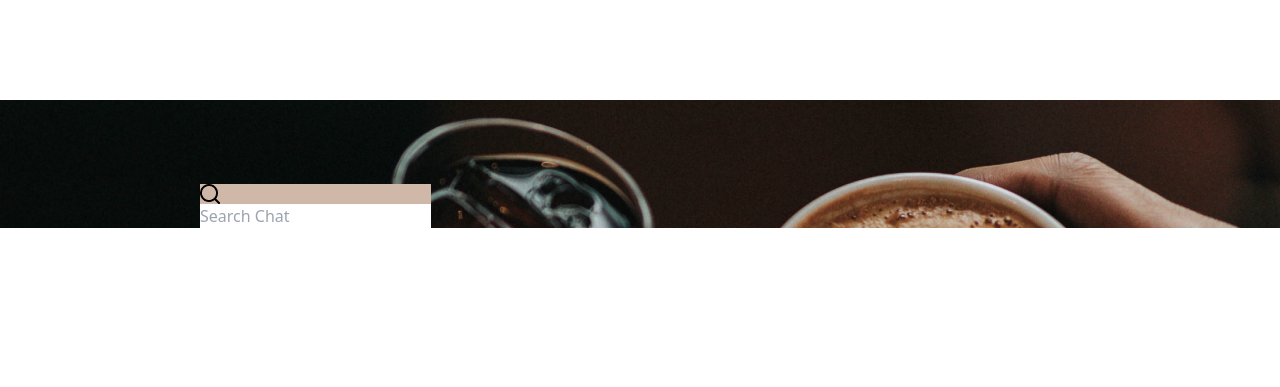
Repository: boykebn/fw12-collab2-FRONTEND
Page: /chat (app in our/)
The author's editor kept a copy of each file at every save. The page is drawn from the files as they stood at one save, then again after the next save.
The browser window is 1280 px wide. The pictures show the whole page.
The project was rebuilt for these pictures with package versions that can differ from the ones it lists, and the page was loaded fresh each time. The framework's server and built-in components were replaced by stand-ins that run in the browser. Also part of the build but not shown: our/next.config.js.

Above is the page before, as saved 2022-12-31 23:30:55.

### our/pages/_app.js
import "../styles/globals.css";
import { Provider } from "react-redux";
import { store } from "../redux/store";

export default function App({ Component, pageProps }) {
  return (
    <Provider store={store}>
      <Component {...pageProps} />
    </Provider>
  );
}

### our/pages/chat.js
import React from "react";
import Image from "next/image";
import search from "../assets/search.png";

const Chat = () => {
  return (
    <div className="pt-[100px]">
      <div className="bg-[url('../assets/background-home.png')]">
        <div className="pt-[84px] px-[200px] flex">
          <div className="border-1 bg-[#d0b8a8] ">
            <div>
              <Image src={search} alt="search" />
              <input placeholder="Search Chat" className="" />
            </div>
          </div>
          <div></div>
        </div>
      </div>
    </div>
  );
};

export default Chat;

### our/styles/globals.css
@tailwind base;
@tailwind components;
@tailwind utilities;

@import url("https://fonts.googleapis.com/css2?family=Rubik&display=swap");
.btn {
  text-transform: none;
  width: 100%;
}
.input {
  width: 100%;
}

@media (min-width: 768px) {
  .bg-forgot-password {
    background-image: url("../images/forgotPasswordBg.png");
  }
}

### our/redux/store.js
import { configureStore } from '@reduxjs/toolkit';
import thunk from 'redux-thunk'
import reducer from './reducers';
import {persistStore} from 'redux-persist'

const store = configureStore({
    reducer,
    middleware: [thunk]
})

const persistor = persistStore(store)

export {store, persistor}

### our/redux/reducers/index.js
import {combineReducers} from '@reduxjs/toolkit';
import {persistReducer} from 'redux-persist'
import storage from 'redux-persist/lib/storage'
import auth from './auth'

const authConfig = {
    key: 'auth',
    storage
}

const reducer = combineReducers({
    auth: persistReducer(authConfig, auth),
})

export default reducer

### our/redux/reducers/auth.js
import {createSlice} from '@reduxjs/toolkit'

const initialState = {
    token: null
}

const authReducer = createSlice({
    name: 'auth',
    initialState,
    reducers: {
        logout: (state, action) => {
            return initialState
        }
    },
    extraReducers: (build) => {
    }
})

export const { logout } = authReducer.actions

export default authReducer.reducer

### our/tailwind.config.js
/** @type {import('tailwindcss').Config} */
module.exports = {
  content: [
    "./pages/**/*.{js,ts,jsx,tsx}",
    "./components/**/*.{js,ts,jsx,tsx}",
  ],
  theme: {
    extend: {
      fontFamily: {
        rubik: ["Rubik", "sans-serif"],
      },
      backgroundImage: {
        order_bg: "url('../images/bg-1.png')",
      },
    },
  },
  plugins: [require("daisyui")],
};

After the next save:
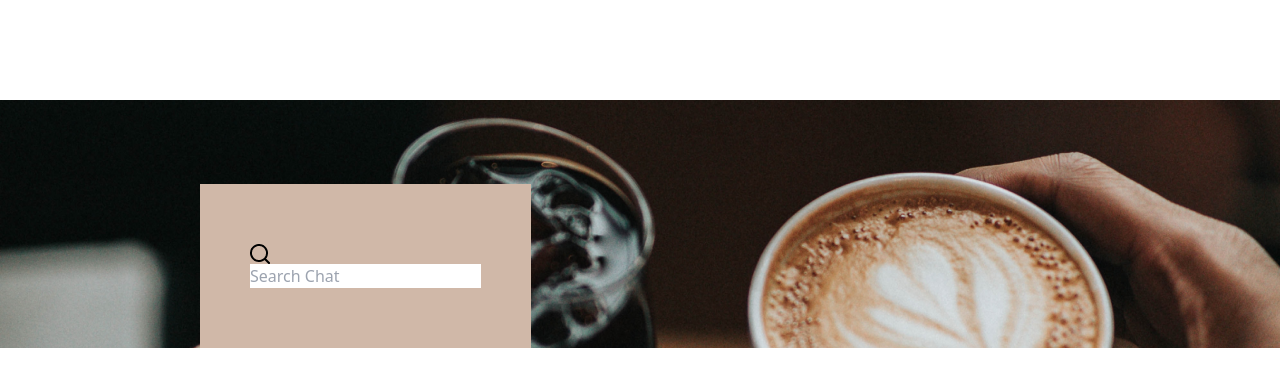
Saved 39 s later.
--- a/our/pages/chat.js
+++ b/our/pages/chat.js
@@ -7,7 +7,7 @@ const Chat = () => {
     <div className="pt-[100px]">
       <div className="bg-[url('../assets/background-home.png')]">
         <div className="pt-[84px] px-[200px] flex">
-          <div className="border-1 bg-[#d0b8a8] ">
+          <div className="border-1 bg-[#d0b8a8] py-[60px] px-[50px]">
             <div>
               <Image src={search} alt="search" />
               <input placeholder="Search Chat" className="" />
